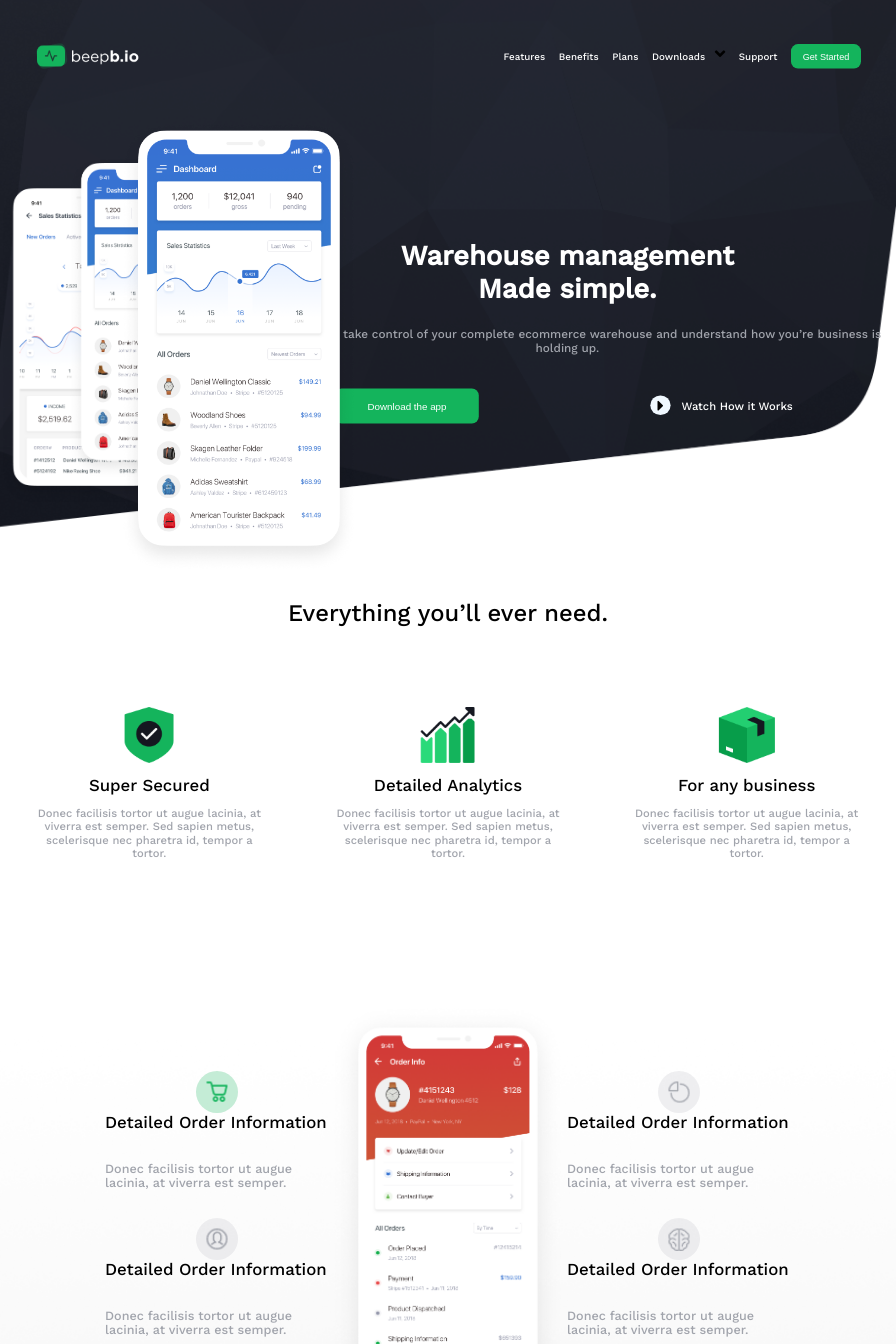
Repository: thinhnguyen347/thinhnguyen347.github.io
Page: cut-html-css/index.html
An editor plug-in stored every save of this project. The page is shown before and after a run of saves, followed by the edit.
The browser window is 1280 px wide. The pictures show the part of the page from y = 0 to 1920 px (the page is 4463 px tall before and 4403 px after), at 70% of full size.

Above is the page before, as saved 2021-11-10 19:21:48.

### cut-html-css/index.html
<!-- Source: https://www.sketchappsources.com/free-source/3445-mobile-app-landing-page-sketch-freebie-resource.html -->

<!DOCTYPE html>
<html lang="en">

<head>
    <meta charset="UTF-8">
    <meta http-equiv="X-UA-Compatible" content="IE=edge">
    <meta name="viewport" content="width=device-width, initial-scale=1.0">
    <title>Mobile App</title>
    <link rel="shortcut icon" href="https://i.ibb.co/ypjQ3yW/M.png" type="image/x-icon">
    <link rel="stylesheet" href="./css/style.css">
    <link rel="stylesheet" href="./css/style2.css">
    <link rel="stylesheet" type="text/css" href="slick/slick.css" />
    <link rel="stylesheet" href="https://cdnjs.cloudflare.com/ajax/libs/font-awesome/5.15.3/css/all.min.css"
        integrity="sha512-iBBXm8fW90+nuLcSKlbmrPcLa0OT92xO1BIsZ+ywDWZCvqsWgccV3gFoRBv0z+8dLJgyAHIhR35VZc2oM/gI1w=="
        crossorigin="anonymous" />
    <script src="https://ajax.googleapis.com/ajax/libs/jquery/3.6.0/jquery.min.js"></script>

</head>

<body>
    <div class="container1">
        <div class="section1">
            <div class="menu-panel-desktop ">
                <div class="logo"><a href="#" target="_self"><img src="img/logo.png" alt="beepb.io" height="40px"></a>
                </div>

                <div class="menu">
                    <ul>
                        <li><a href="#">Features</a></li>
                        <li><a href="#">Benefits</a></li>
                        <li><a href="#">Plans</a></li>
                        <li class="menuitem"><a href="#">Downloads &nbsp; <i class="fas fa-angle-down"></i></a>
                            <ul class="drop-down">
                                <li><a href="#">Android version</a></li>
                                <li><a href="#">iOs version</a></li>
                                <li><a href="#">ChromeOS version</a></li>
                            </ul>
                        </li>
                        <li><a href="#">Support</a></li>
                        <li><button class="get-started fontwhite">Get Started</button></li>
                    </ul>

                </div>
            </div>
            <!-- Mobile menu -->
            <div class="menu-panel-mobile">

                <div class="logo-mobile">
                    <img class="menu-icon" src="https://i.ibb.co/6vzRnYW/menubtn-white.png" alt="menu" height="35px"
                        width="40px">
                    <a href="#" target="_self"><img src="img/logo.png" alt="beepb.io" height="40px"></a>
                </div>

                <div class="menu-mobile">
                    <div class="item"><a href="#">Features</a></div>
                    <div class="item"><a href="#">Benefits</a></div>
                    <div class="item"><a href="#">Finance</a></div>
                    <div class="item"><a href="#">Downloads</a></div>
                    <div class="item"><a href="#">Sign In</a></div>
                    <button class="get-started-mobile fontwhite">Sign Up</button>
                </div>
            </div>

            <!-- iPhone -->
            <div class="page1">
                <div class="iphone">
                    <img class="iphone-x1" src="img/iphone_x.png" alt="mobile-app" >
                    <img class="iphone-x2" src="img/iphone_x1.png" alt="mobile-app" >
                </div>

                <div class="hero-content fontwhite">
                    <h1>Warehouse management</h1>
                    <h1>Made simple.</h1><br><br>
                    <p>BeepB lets you take control of your complete ecommerce warehouse and understand how you’re
                        business is holding up.</p>
                    <br><br><br>
                    <div class="see-more">
                        <button class="download fontwhite"><a href="#">Download the app</button></a>
                        <div class="watch">
                            <div class="watch-icon"><i class="fas fa-caret-right"></i></div>
                            <div><a href="#">&nbsp;&nbsp; Watch How it Works</a></div>
                        </div>
                    </div>
                </div>
            </div>

            <div class="iphone-mobile">
                <img class="iphone-m" src="img/iphone_x1.png" alt="mobile-app">
                <img class="iphone-m" src="img/iphone_x.png" alt="mobile-app" width="340px">
            </div>
        </div>

        <div class="feature">

            <p>Everything you’ll ever need.</p>
            <div class="f-list">
                <div class="f-items">
                    <div class="f-icon"><img src="./img/shield.png" alt="super-secure"></div>
                    <div>
                        <p class="title">Super Secured</p><br>
                        <p class="f-detail">Donec facilisis tortor ut augue lacinia, at viverra est semper. Sed
                            sapien metus, scelerisque nec pharetra id, tempor a tortor.</p>
                    </div>
                </div>
                <div class="f-items">
                    <div class="f-icon"><img src="./img/bar-chart.png" alt="super-secure"></div>
                    <div>
                        <p class="title">Detailed Analytics</p><br>
                        <p class="f-detail">Donec facilisis tortor ut augue lacinia, at viverra est semper. Sed
                            sapien metus, scelerisque nec pharetra id, tempor a tortor.</p>
                    </div>
                </div>
                <div class="f-items">
                    <div class="f-icon"><img src="./img/box.png" alt="super-secure"></div>
                    <div>
                        <p class="title">For any business</p><br>
                        <p class="f-detail">Donec facilisis tortor ut augue lacinia, at viverra est semper. Sed
                            sapien metus, scelerisque nec pharetra id, tempor a tortor.</p>
                    </div>
                </div>
            </div>
        </div>

    </div>
    <div class="container2">

        <img class="oval-black" src="./img/oval-bl.png" alt="decoration">
        <div class="section2">
            <div class="section2__content">
                <div class="left-panel">
                    <div>
                        <div class="icon"><img src="img/cart1.png" alt="Detailed-Order-Information" width="30px"></div>
                        <p class="title">Detailed Order Information</p>
                        <p class="description">Donec facilisis tortor ut augue lacinia, at viverra est semper.</p>
                    </div>
                    <div>
                        <div class="icon bg"><img src="img/buyer1.png" alt="Detailed-Order-Information" width="30px">
                        </div>
                        <p class="title">Detailed Order Information</p>
                        <p class="description">Donec facilisis tortor ut augue lacinia, at viverra est semper.</p>
                    </div>
                </div>
                <div class="middle">
                    <img class="iphone-x3" src="img/iphone_x2.png" alt="mobile-app" width="340px">
                </div>
                <div class="right-panel">
                    <div>
                        <div class="icon bg"><img src="img/pie.png" alt="Detailed-Order-Information" width="30px"></div>
                        <p class="title">Detailed Order Information</p>
                        <p class="description">Donec facilisis tortor ut augue lacinia, at viverra est semper.</p>
                    </div>
                    <div>
                        <div class="icon bg"><img src="img/brain.png" alt="Detailed-Order-Information" width="30px">
                        </div>
                        <p class="title">Detailed Order Information</p>
                        <p class="description">Donec facilisis tortor ut augue lacinia, at viverra est semper.</p>
                    </div>
                </div>
            </div>
            <button class="download2 download fontwhite"><a href="#">Download App</a></button>
        </div>

        <div class="feature2">
            <img class="oval-green" src="./img/oval_gr.png" alt="decoration">
            <p class="business">For every kind of Business &excl;</p>
            <p class="sub-title">Donec facilisis tortor ut augue lacinia, at viverra est semper.</p>
            <div class="f-list">
                <div class="f-items">
                    <div class="img"><img src="./img/startup.png" alt="super-secure" width="320px"> </div>
                    <div>
                        <p class="title pdtop">Startups</p><br>
                        <p class="f-detail">In hac habitasse platea dictumst. Vivamus adipiscing fermentum quam volutpat
                            aliquam</p>
                    </div>
                </div>
                <div class="f-items">
                    <div class="img"><img src="./img/retailer.png" alt="super-secure" width="320px"></div>
                    <div>
                        <p class="title pdtop">Retailers</p><br>
                        <p class="f-detail">In hac habitasse platea dictumst. Vivamus adipiscing fermentum quam volutpat
                            aliquam</p>
                    </div>
                </div>
                <div class="f-items">
                    <div class="img"><img src="./img/indiv.png" alt="super-secure" width="320px"></div>
                    <div>
                        <p class="title pdtop">Individuals</p><br>
                        <p class="f-detail">In hac habitasse platea dictumst. Vivamus adipiscing fermentum quam volutpat
                            aliquam</p>
                    </div>
                </div>
            </div>
            <button class="download3"><a href="#">Learn more</a></button>
        </div>

        <div class="section3">
            <p class="business">Our users love the app!</p><br><br>
            <!-- Carousel  -->
            <div class="carousel-area">
                <div class="carousel">
                    <div>
                        <div class="review">
                            <p>Donec facilisis tortor ut augue lacinia, at viverra est semper. Sed sapien metus,
                                scelerisque
                                nec pharetra id, tempor a tortor.</p>
                        </div>
                        <div class="rate">
                            <div class="guest"><img src="./img/guest1.jpg" alt="review" width="100px"></div>
                            <div class="personal-rating">
                                <div class="guest-name">
                                    <p>Son Tung</p>
                                </div>
                                <div class="rating">
                                    <i class="far fa-star star-color"></i>
                                    <i class="far fa-star star-color"></i>
                                    <i class="far fa-star star-color"></i>
                                    <i class="far fa-star star-color"></i>
                                    <i class="far fa-star star-color"></i>
                                </div>
                            </div>
                        </div>
                    </div>
                    <div>
                        <div class="review">
                            <p>Donec facilisis tortor ut augue lacinia, at viverra est semper. Sed sapien metus,
                                scelerisque
                                nec pharetra id, tempor a tortor.</p>
                        </div>
                        <div class="rate">
                            <div class="guest"><img src="./img/guest2.jpg" alt="review" width="100px"></div>
                            <div class="personal-rating">
                                <div class="guest-name">
                                    <p>Min</p>
                                </div>
                                <div class="rating">
                                    <i class="far fa-star star-color"></i>
                                    <i class="far fa-star star-color"></i>
                                    <i class="far fa-star star-color"></i>
                                    <i class="far fa-star star-color"></i>
                                    <i class="fas fa-star star-gray"></i>
                                </div>
                            </div>
                        </div>
                    </div>
                    <div>
                        <div class="review">
                            <p>Donec facilisis tortor ut augue lacinia, at viverra est semper. Sed sapien metus,
                                scelerisque
                                nec pharetra id, tempor a tortor.</p>
                        </div>
                        <div class="rate">
                            <div class="guest"><img src="./img/guest3.jpg" alt="review" width="100px"></div>
                            <div class="personal-rating">
                                <div class="guest-name">
                                    <p>Soobin</p>
                                </div>
                                <div class="rating"><i class="far fa-star star-color"></i><i
                                        class="far fa-star star-color"></i><i class="far fa-star star-color"></i><i
                                        class="far fa-star star-color"></i><i class="far fa-star star-color"></i>
                                </div>
                            </div>
                        </div>
                    </div>
                </div>


            </div>
            <!-- End of Carousel  -->
        </div>

        <div class="bg-bottom">

            <div class="dld">
                <div>
                    <p class="title pdtop">Get started with the mobile app!</p><br>
                    <p class="f-detail">Donec facilisis tortor ut augue lacinia, at viverra est semper. Sed sapien
                        metus, scelerisque nec pharetra id, tempor a tortor.</p>
                </div>
                <br><br>
                <img src="./img/gglplay.png" alt="google-play" height="40px">&nbsp;
                <img src="./img/appstore.png" alt="appstore" height="40px">
            </div>


            <div class="container3">

                <div class="logo2"><a href="#" target="_self"><img src="img/logo.png" alt="beepb.io" height="40px"></a>
                </div>

                <div class="bottom-panel">
                    <div class="block-end">
                        <div class="bottom-title">FEATURES</div>
                        <div class="item-end"><a href="#">Tour</a></div>
                        <div class="item-end"><a href="#">Analytics</a></div>
                        <div class="item-end"><a href="#">Security</a></div>
                        <div class="item-end"><a href="#">Intelligent AI</a></div>
                        <div class="item-end"><a href="#">SmartEngine</a></div>
                    </div>
                    <div class="block-end">
                        <div class="bottom-title">DOWNLOADS</div>
                        <div class="item-end"><a href="#">Android (Google Play)</a></div>
                        <div class="item-end"><a href="#">iOs (App Store)</a></div>
                        <div class="item-end"><a href="#">ChromeOS (Coming soon)</a></div>
                    </div>
                    <div class="block-end">
                        <div class="bottom-title">RESOURCES</div>
                        <div class="item-end"><a href="#">API</a></div>
                        <div class="item-end"><a href="#">Mobile SDK</a></div>
                        <div class="item-end"><a href="#">Blog</a></div>
                        <div class="item-end"><a href="#">Videos</a></div>
                    </div>
                    <div class="block-end">
                        <div class="bottom-title">COMPANY</div>
                        <div class="item-end"><a href="#">About us</a></div>
                        <div class="item-end"><a href="#">Jobs</a></div>
                        <div class="item-end"><a href="#">Press & Media</a></div>
                        <div class="item-end"><a href="#">Sitemap</a></div>
                    </div>
                </div>

                <div class="social-media">
                    <div class="media-icon"><a href="http://www.facebook.com"><img src="./img/facebook.png"
                                alt="facebook" width="30px"></a></div>
                    <div class="media-icon "><a href="http://www.twitter.com"><img src="./img/twitter.png" alt="twitter"
                                width="30px"></a></div>
                    <div class="media-icon "><a href="http://www.youtube.com"><img src="./img/youtube.png" alt="youtube"
                                width="30px"></a></div>
                    <div class="media-icon"><a href="http://www.google.com"><img src="./img/googleplus.png"
                                alt="google-plus" width="30px"></a></div>
                </div>
            </div>
        </div>
    </div>
    <!-- SCRIPT -->

    <script src="https://code.jquery.com/jquery-3.6.0.slim.js"
        integrity="sha256-HwWONEZrpuoh951cQD1ov2HUK5zA5DwJ1DNUXaM6FsY=" crossorigin="anonymous"></script>
    <script type="text/javascript" src="slick/slick.min.js"></script>
    <script src="./main.js"></script>

</body>

</html>

### cut-html-css/css/style2.css
@media (max-width: 320px) {
  .feature p {
    color: black !important;
  }

  .container2 {
    padding: 0 !important;
  }

  .hero-content {
    width: 100%;
    padding: 20px;
    text-align: center;
  }

  .prevArrow,.nextArrow{
    display: none;
  }
}

@media (max-width: 768px) {

  .prevArrow,.nextArrow{
    display: none;
  }

  .section2,
  .bg-bottom {
    background-image: none;
  }

  .iphone,
  .menu-panel-desktop {
    display: none;
  }

  .feature p {
    color: black !important;
  }

  .menu-panel-mobile {
    display: block;
  }

  .hero-content {
    width: 100%;
    padding: 100px 50px 20px 50px;
    text-align: center;
  }

  .hero-content h1 {
    font-size: 2rem;
  }

  .see-more {
    display: block;
    margin: auto;
    width: 100%;
  }

  .watch {
    justify-content: center;
    padding-top: 50px;
    padding-bottom: 50px;
    width: 100%;
  }

  .iphone-mobile {
    display: flex;
    justify-content: center;
    flex-wrap: wrap;
  }

  .feature > p {
    font-size: 34px;
    padding-top: 60px;
    padding-bottom: 60px;
  }

  .feature {
    width: auto;
  }

  .f-list {
    display: flex;
    justify-content: space-around;
  }
  .container2 {
    padding: 15px;
    height: auto;
  }

  .container3 {
    background-color: #1e202a;
    border-radius: 10px;
  }
  .section2,
  .section3 {
    background-image: none;
  }

  .oval-green,
  .oval-black {
    display: none;
  }

  .download2 {
    margin: 40px auto;
  }

  .feature2 {
    width: auto;
  }
  .carousel {
    width: 95%;
  }

  .business {
    padding-top: 20px !important;
  }

  .review {
    width: 95%;
  }

  .dld {
    width: 100%;
    margin: 40px auto 40px auto;
  }

  .bottom-panel {
    width: 100%;
    justify-content: space-around;
  }

  .block-end {
    width: 40%;
    text-align: center;
    padding-bottom: 50px;
  }

  .social-media {
    width: 100%;
    display: flex;
    flex-direction: row;
    justify-content: flex-end;
    margin: auto;
    padding: 0 0 20px 0;
  }

  .content {
    padding-top: 40px;
  }

  .left-panel,
  .right-panel {
    display: block;
    text-align: center;
    width: 100% !important;
  }
}

@media (max-width: 1200px){

  .menu-panel-desktop {
    padding: 60px 50px 90px 50px;
  }
}


@media (max-width: 1400px) {
  .section2,
  .feature2,
  .bg-bottom {
    padding: 15px;
  }

  .section3 {
    background-image: none;
  }

  .menu-panel-desktop {
    padding: 60px 50px 90px 50px;
  }
  }

  .menu {
    width: 100%;
  }

  .get-started {
    width: 100px;
  }

  .page1 {
    width: 100%;
    display: flex;
    justify-content: space-around;
  }


  .feature {
    width: 100%;
  }

  .content {
    flex-direction: column;
    padding-top: 50px;
  }

  .icon {
    margin: auto;
  }

  .left-panel,
.right-panel {
  display: flex;
  flex-direction: column;
  justify-content: center;
  align-content: space-between;
  width: 320px;
}

  .business {
    padding-top: 50px !important;
  }

  .bg-bottom {
    background-size: 200% !important;
  }

  .download2 {
    margin: 20px auto !important;
  }
}

Loaded but not shown: cut-html-css/slick/slick.css (common file); cut-html-css/slick/slick.min.js (library); cut-html-css/main.js (37 lines, source omitted); cut-html-css/css/style.css (528 lines, source omitted)

After the next 2 saves:
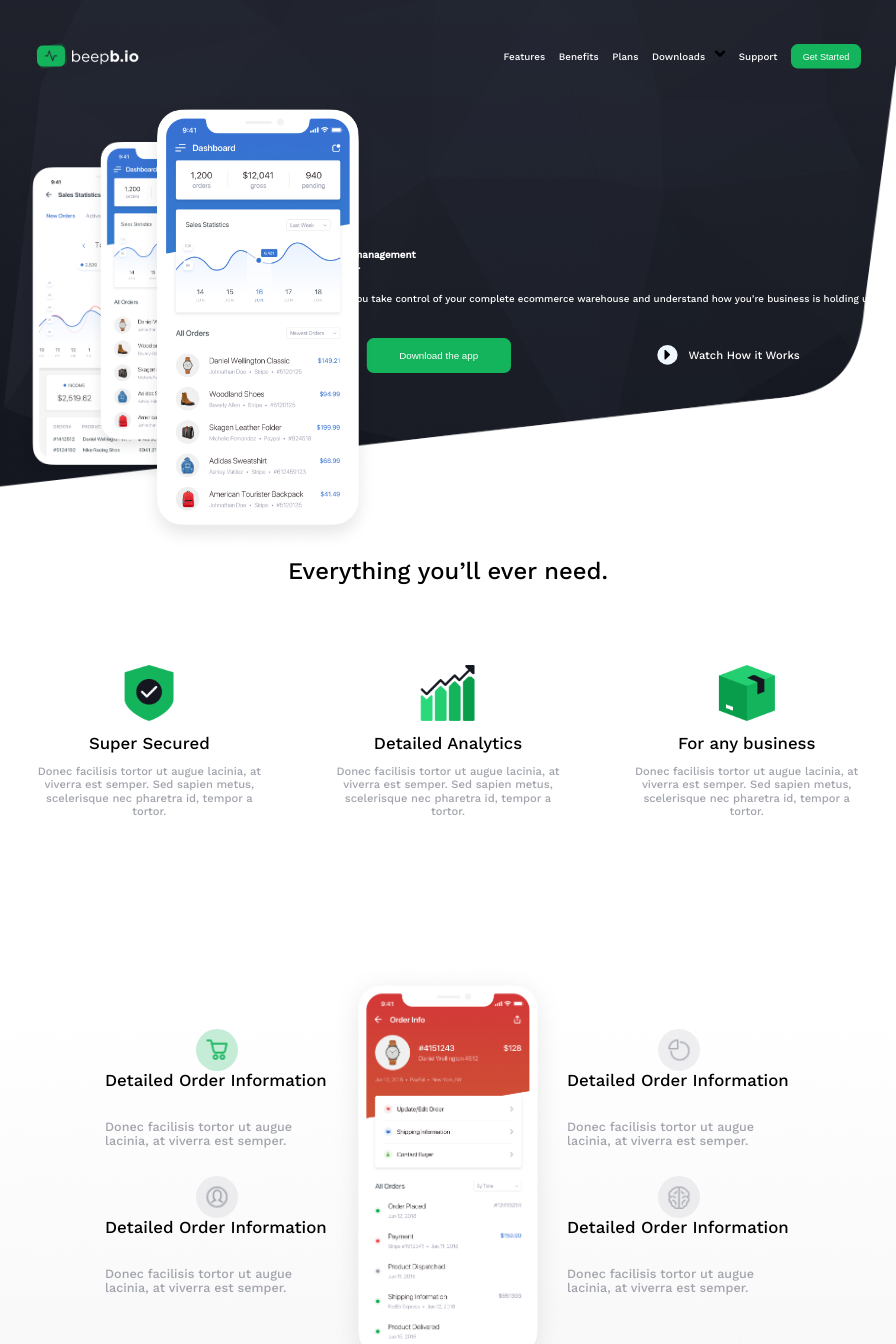
The 2 saves are shown as one change because they came seconds apart.
The last was saved 70 s later.
--- a/cut-html-css/index.html
+++ b/cut-html-css/index.html
@@ -70,7 +70,7 @@
                     <img class="iphone-x2" src="img/iphone_x1.png" alt="mobile-app" >
                 </div>
 
-                <div class="hero-content fontwhite">
+                <div class="hero-content__text fontwhite">
                     <h1>Warehouse management</h1>
                     <h1>Made simple.</h1><br><br>
                     <p>BeepB lets you take control of your complete ecommerce warehouse and understand how you’re
